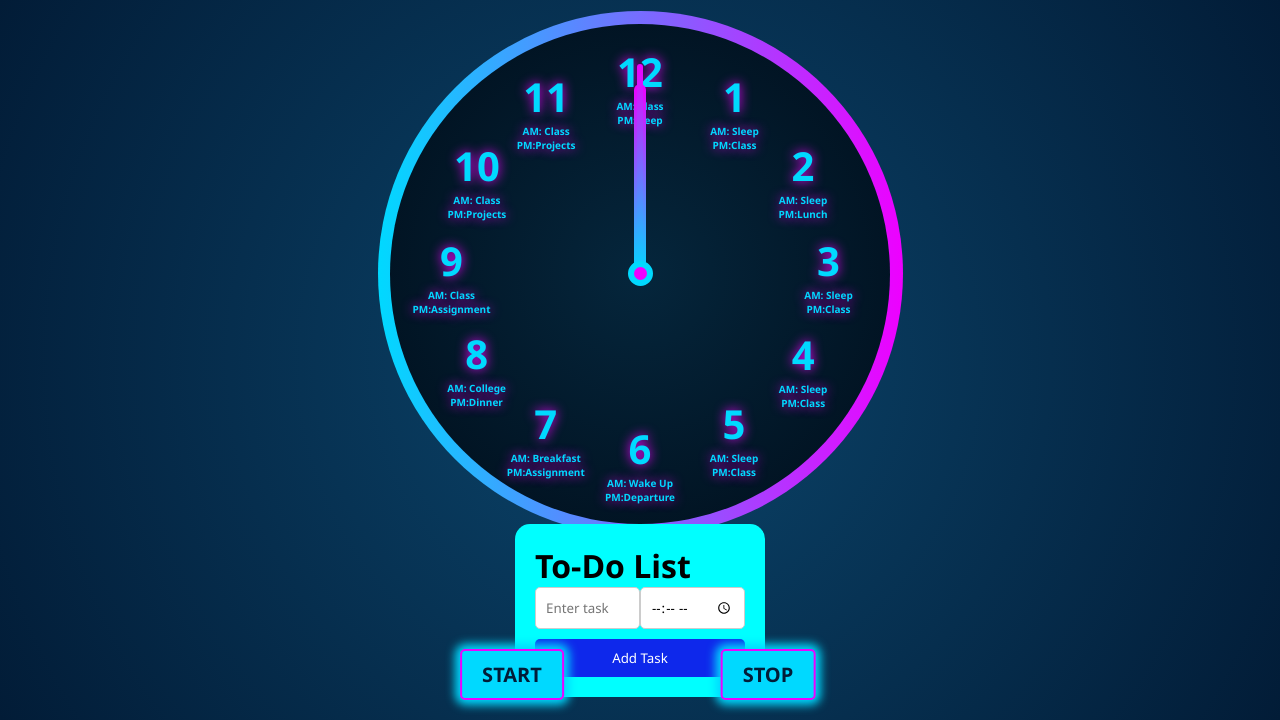
Repository: Suryansh-D/Cool-Clock
Page: index.html
These files come from the project's save history. The page is drawn as it stood at one moment and after the next save; the edit follows.
The browser window is 1280 px wide. The pictures show the whole page.

Above is the page before, as saved 2024-01-30 18:40:49.

After the next save:
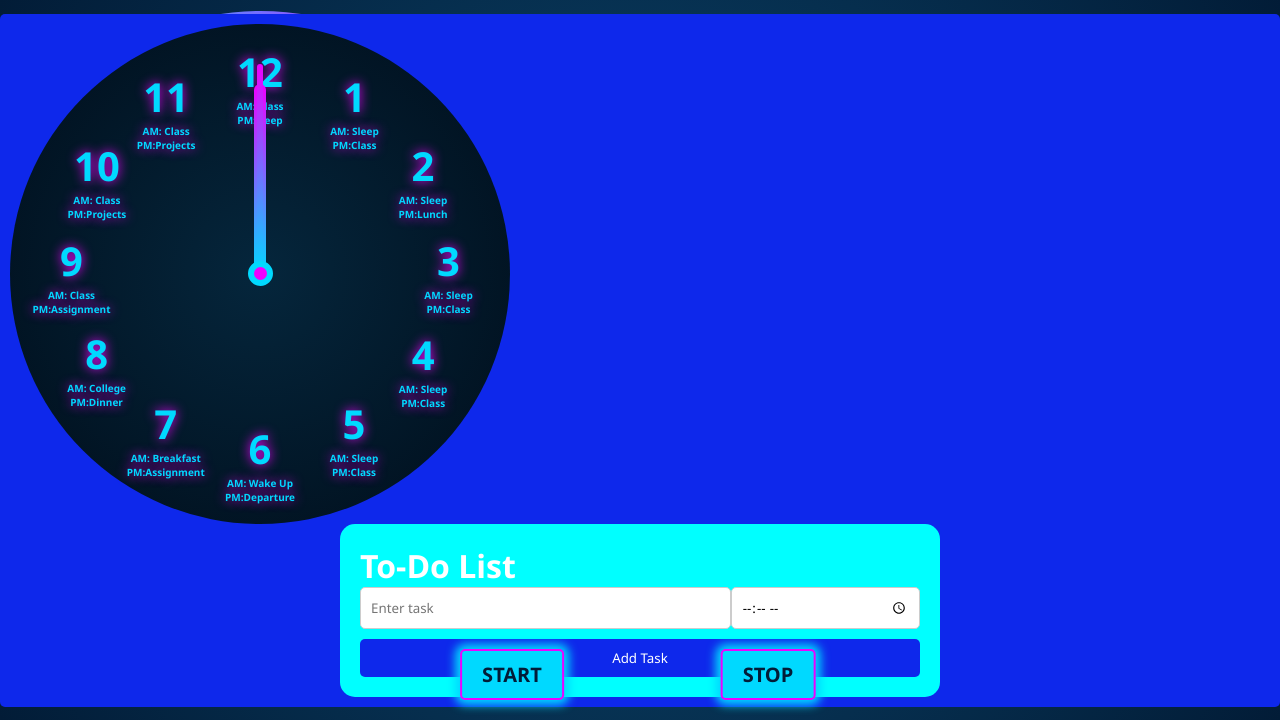
Saved 7 s later.
--- a/style.css
+++ b/style.css
@@ -188,5 +188,11 @@
     justify-content: space-between;
   }
   .All{
-
+    width: 100%;
+    background-color: #0e28eb;
+    color: #fff;
+    padding: 10px;
+    border: none;
+    border-radius: 5px;
+    cursor: pointer;
   }

After the 2 saves that followed:
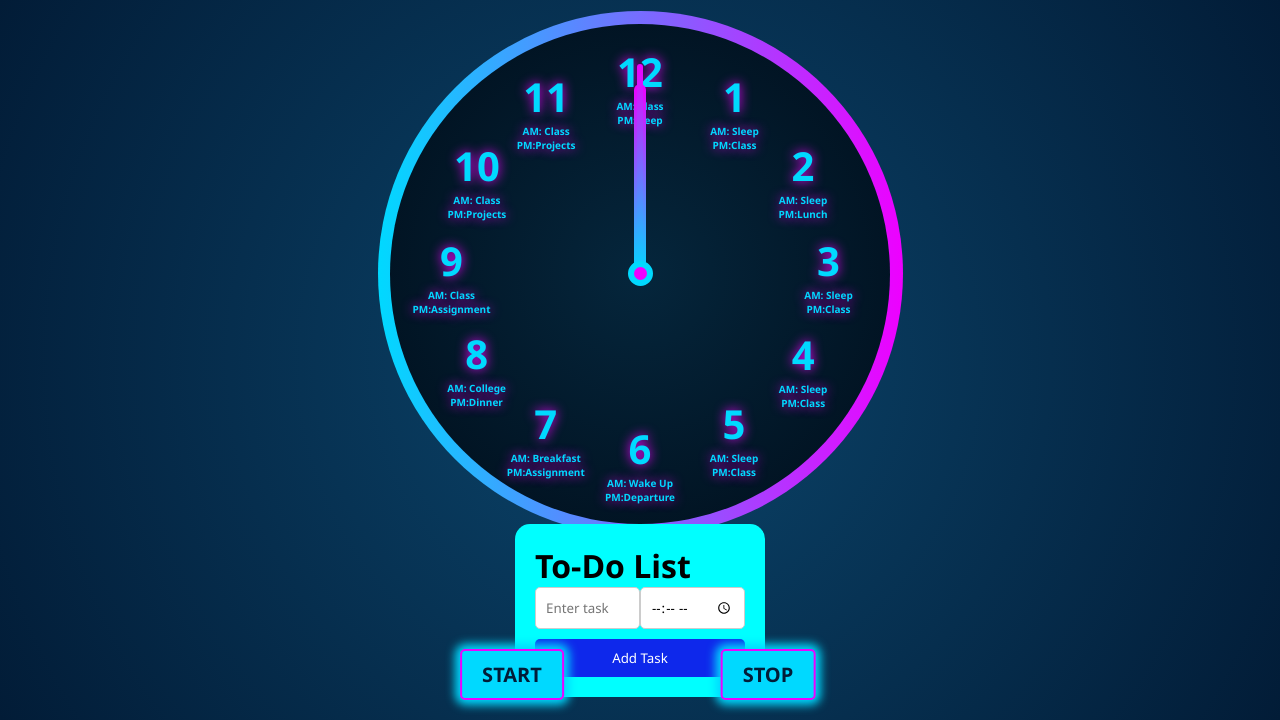
The 2 saves are shown as one change because they came seconds apart.
The last was saved 7 s later.
--- a/style.css
+++ b/style.css
@@ -188,11 +188,5 @@
     justify-content: space-between;
   }
   .All{
-    width: 100%;
-    background-color: #0e28eb;
-    color: #fff;
-    padding: 10px;
-    border: none;
-    border-radius: 5px;
-    cursor: pointer;
+  display: inline;
   }
